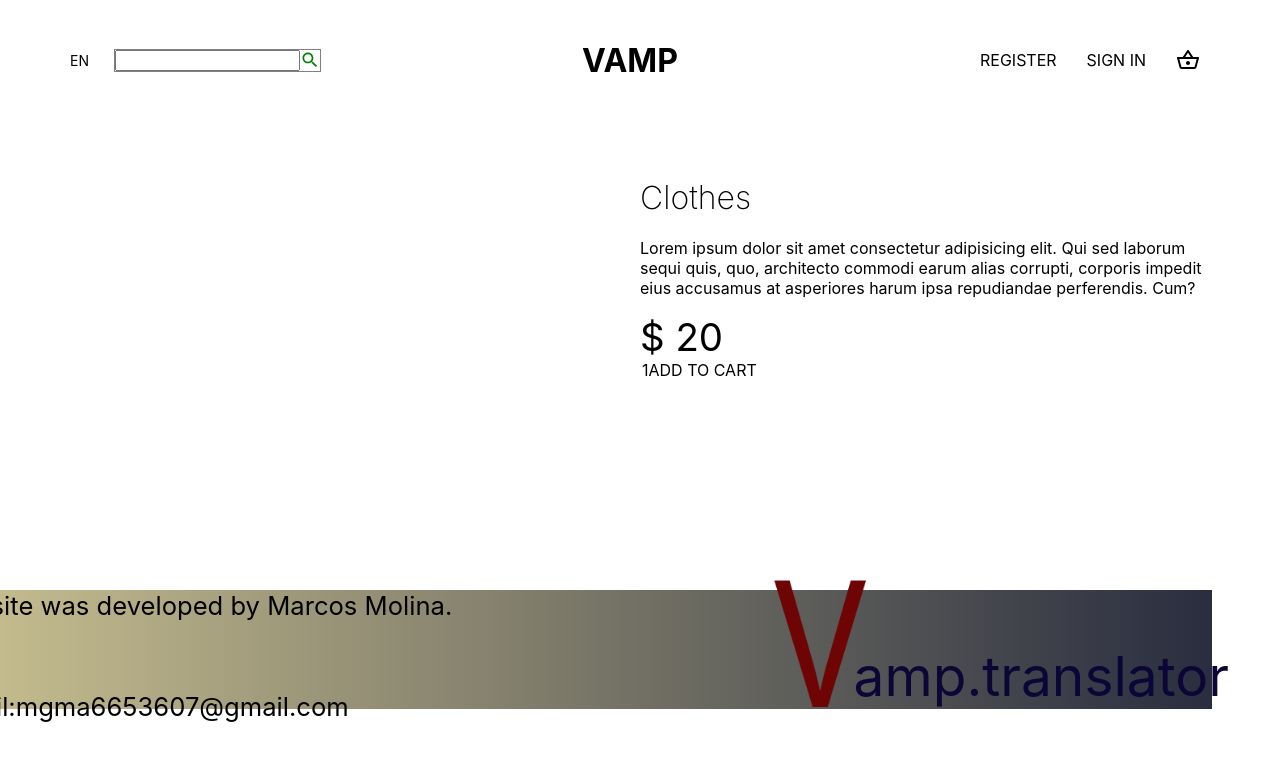
Repository: mgma2005/ecoeli
Page: /
The author's editor kept a copy of each file at every save. The page is drawn from the files as they stood at one save, then again after the next save.
The browser window is 1280 px wide. The page is 1280 px wide, then 1288 px, so the pictures cover 1288 px, including what lies to the right of the window. The pictures show the part of the page from y = 173 to 979 px (the page is 938 px tall before and 979 px after).
The project was rebuilt for these pictures with package versions that can differ from the ones it lists, and the page was loaded fresh each time. Also part of the build but not shown: src/App.css.

Above is the page before, as saved 2022-05-14 17:31:18.

After the next save:
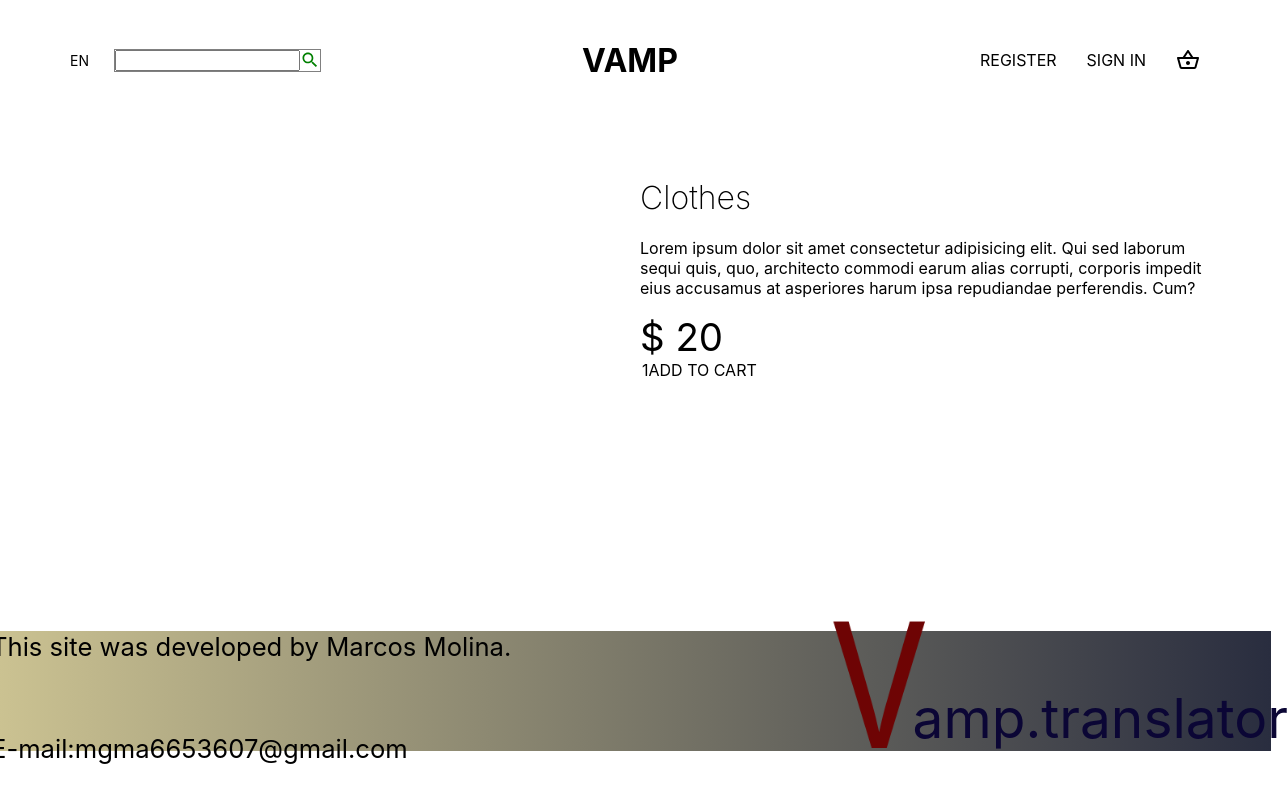
Saved 15 s later.
--- a/src/style.css
+++ b/src/style.css
@@ -1,5 +1,5 @@
 .cont2{
-    margin: -10%;
+    margin: -5%;
     width: 100vw;
     height: auto;
     background: linear-gradient(to right, rgb(204, 195, 146),rgb(41, 45, 63));
